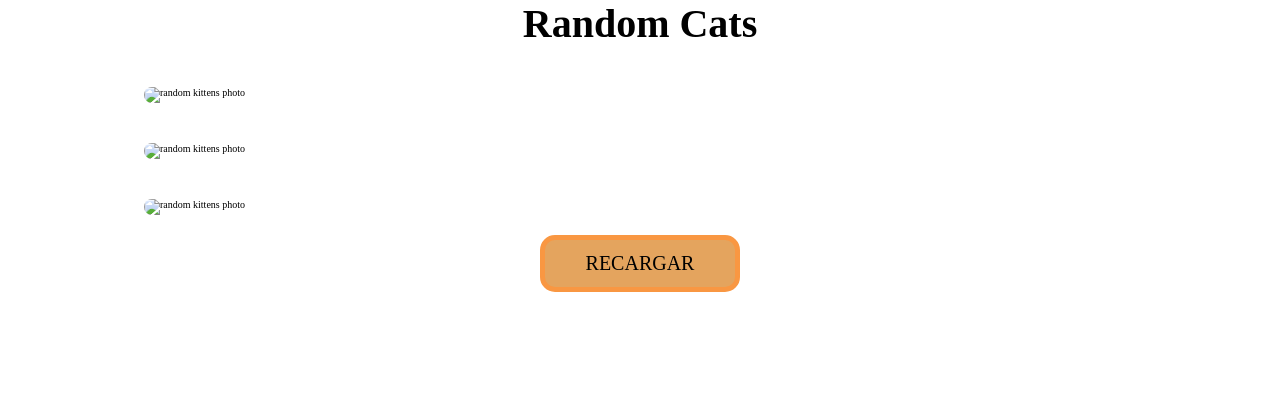
Repository: elto82/ConsumoAPIRESTjs
Page: index.html
An editor plug-in stored every save of this project. The page is shown before and after the next save, followed by the edit.
The browser window is 1280 px wide. The pictures show the whole page.
The page's requests for data from a server got no answer.

Above is the page before, as saved 2022-07-02 19:44:02.

### index.html
<!DOCTYPE html>
<html lang="en">

<head>
  <meta charset="UTF-8">
  <meta http-equiv="X-UA-Compatible" content="IE=edge">
  <meta name="viewport" content="width=device-width, initial-scale=1.0">
  <title>Random Cats</title>
  <link rel="stylesheet" href="style.css">
</head>

<body>
  <header>
    <h1>Random Cats</h1>
  </header>
  <section id="randomMichis" class="container">
    <img id="img1" alt="random kittens photo" class="image">
    <img id="img2" alt="random kittens photo" class="image">
    <img id="img3" alt="random kittens photo" class="image">
    <button class="random-cat-button" onclick="reload()">RECARGAR</button>
  </section>
  <section id="favoritesMichis">

  </section>
  <script src="./main.js"></script>
</body>

</html>

### style.css
* {
  box-sizing: border-box;
  margin: 0px;
  padding: 0px;
}
html {
  font-size: 62.5%;
}
body {
  font-family: 'Square Peg', cursive;
}
header {
  display: flex;
  justify-content: center;
}
h1 {
  font-size: 4rem;
}
.container {
  display: flex;
  flex-direction: column;
  justify-content: center;
  place-items: center;
  padding: 20px;
}
.container .image {
  border-radius: 20px;
  margin: 20px;
  width: 80%;
  height: auto;
}
.random-cat-button {
  align-items: center;
  background-color: rgb(228, 164, 94);
  border: 5px solid rgb(249, 151, 66);
  border-radius: 15px;
  cursor: pointer;
  font-family: 'Pacifico', cursive;
  font-size: 2rem;
  padding: 12px;
  width: 200px;
  height: auto;
}
.random-cat-button:hover {
  border: 5px solid rgb(228, 164, 94);
  background-color: rgb(227, 141, 67);
}

### main.js
/*--------------------------------------------- endpoint
const API_URL = "https://api.thecatapi.com/v1/images/search"; */
/* --------------------------------------------------------query parameters */
const API_URL = "https://api.thecatapi.com/v1/images/search?limit=3&api_key=11fb4c78-96c8-403c-b282-b8c4d38b4b60";

async function reload() {
  const res = await fetch(API_URL);
  const data = await res.json();

  console.log(data);
  const img1 = document.getElementById("img1");
  const img2 = document.getElementById("img2");
  const img3 = document.getElementById("img3");

  img1.src = data[0].url;
  img2.src = data[1].url;
  img3.src = data[2].url;
}
reload();

After the next save:
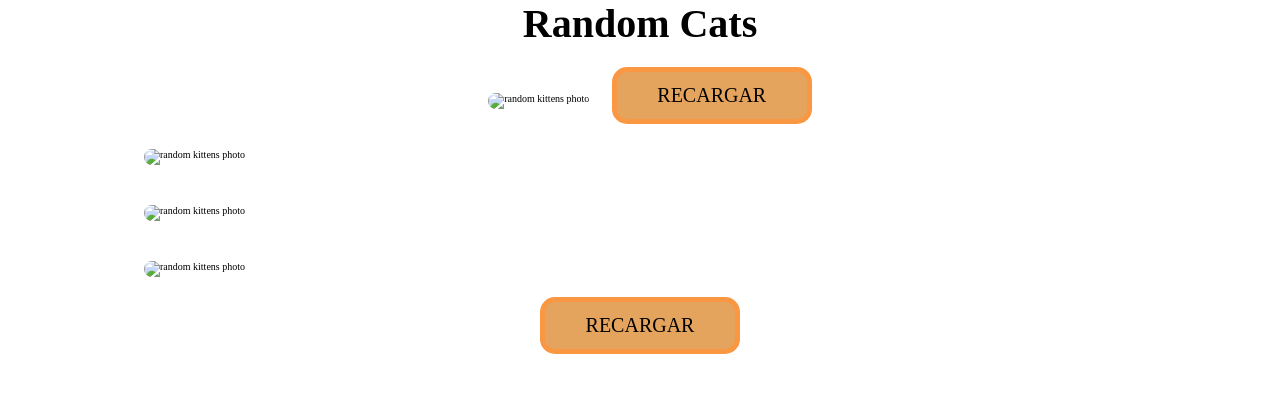
Saved 2 min 39 s later.
--- a/index.html
+++ b/index.html
@@ -14,6 +14,13 @@
     <h1>Random Cats</h1>
   </header>
   <section id="randomMichis" class="container">
+    <article>
+      <img id="img1" alt="random kittens photo" class="image">
+      <button class="random-cat-button" onclick="reload()">RECARGAR</button>
+
+    </article>
+
+
     <img id="img1" alt="random kittens photo" class="image">
     <img id="img2" alt="random kittens photo" class="image">
     <img id="img3" alt="random kittens photo" class="image">
